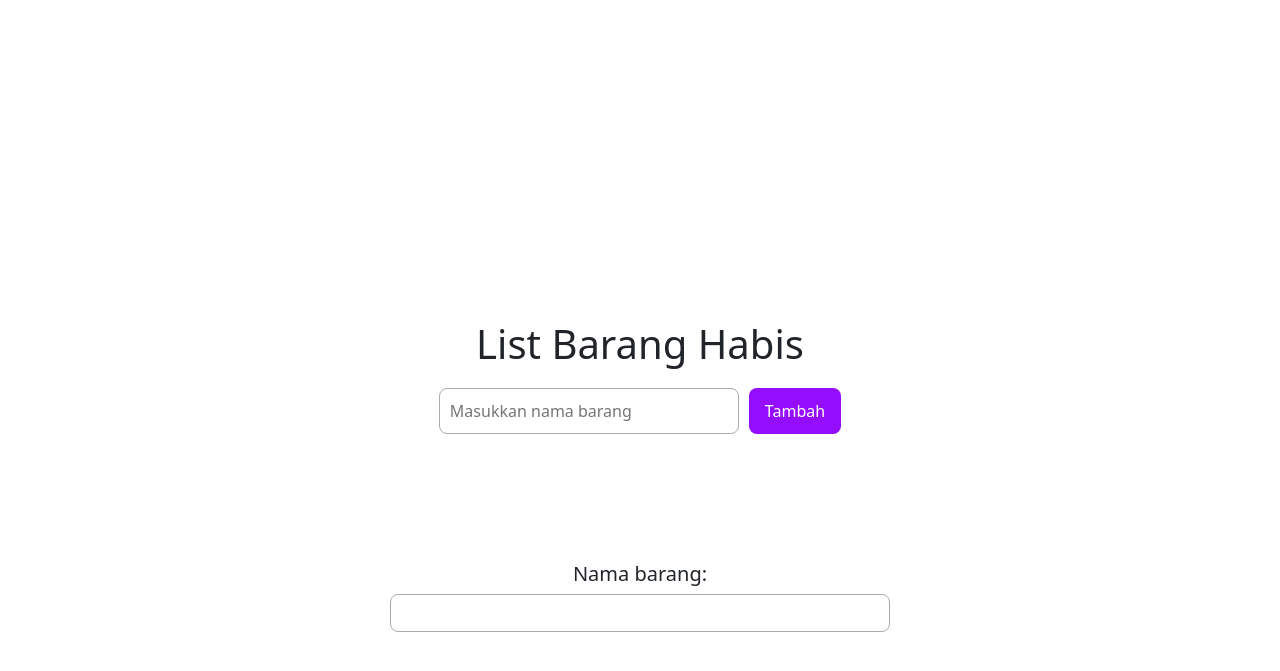
Repository: amorysdeo/dirumah
Page: index.html
These files come from the project's save history. The page is drawn as it stood at one moment and after a run of saves; the edit follows.
The browser window is 1280 px wide. The pictures show the whole page.

Above is the page before, as saved 2025-11-27 12:05:59.

After the next 3 saves:
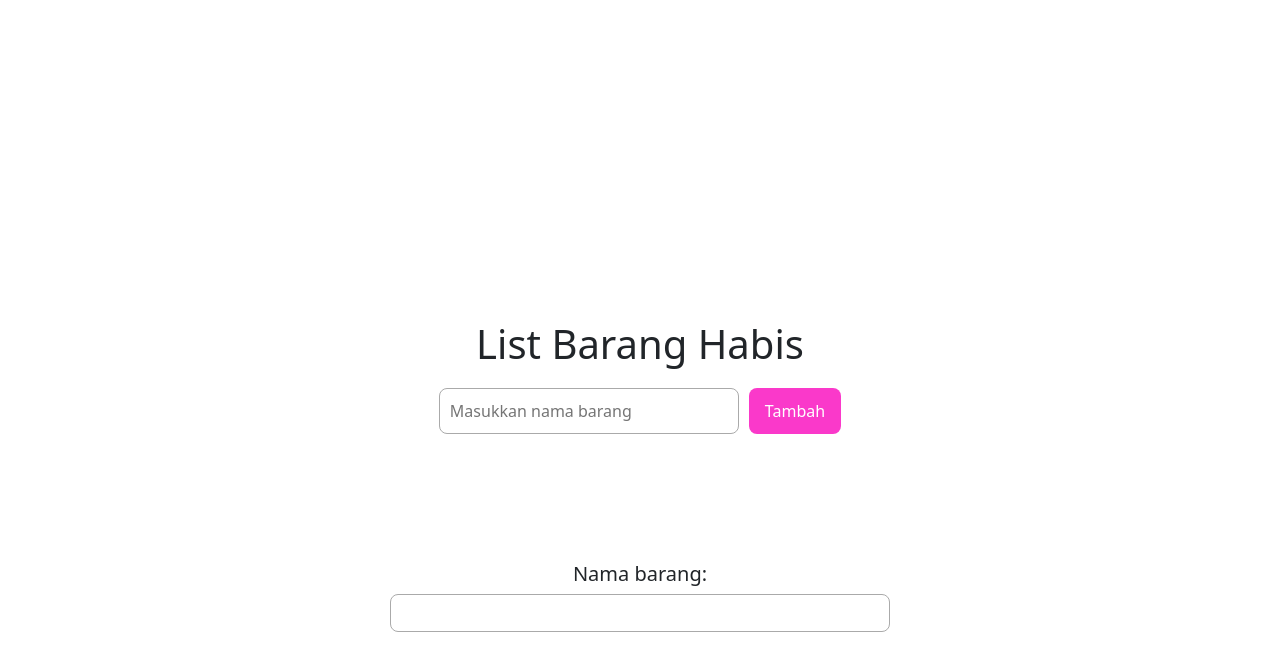
The 3 saves are shown as one change because they came seconds apart.
The last was saved 11 s later.
--- a/css.css
+++ b/css.css
@@ -46,7 +46,7 @@ body {
     padding: 10px 16px;
     border-radius: 8px;
     border: none;
-    background-color: #950dfd;
+    background-color: #fa39ca;
     color: white;
     font-size: 16px;
     cursor: pointer;
